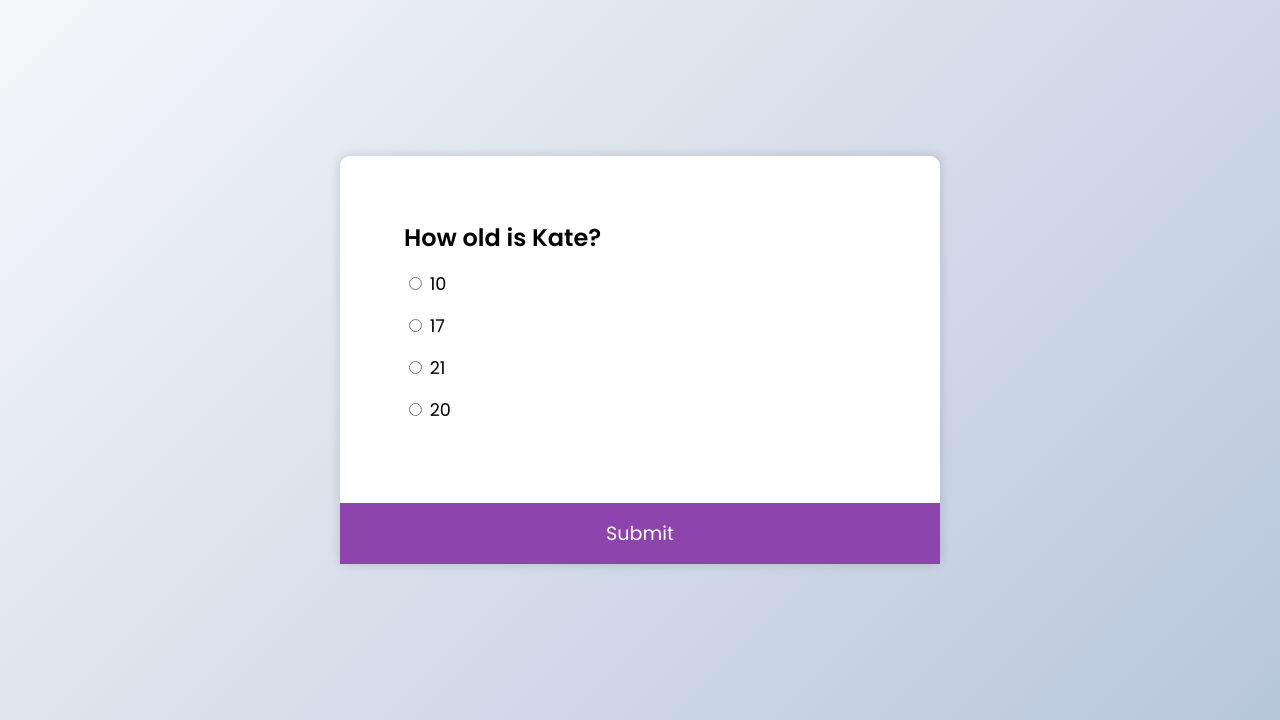
Repository: kate30980/projects-js-practice
Page: quiz-app/index.html
An editor plug-in stored every save of this project. The page is shown before and after the next save, followed by the edit.
The browser window is 1280 px wide. The pictures show the whole page.

Above is the page before, as saved 2021-09-05 22:47:31.

After the next save:
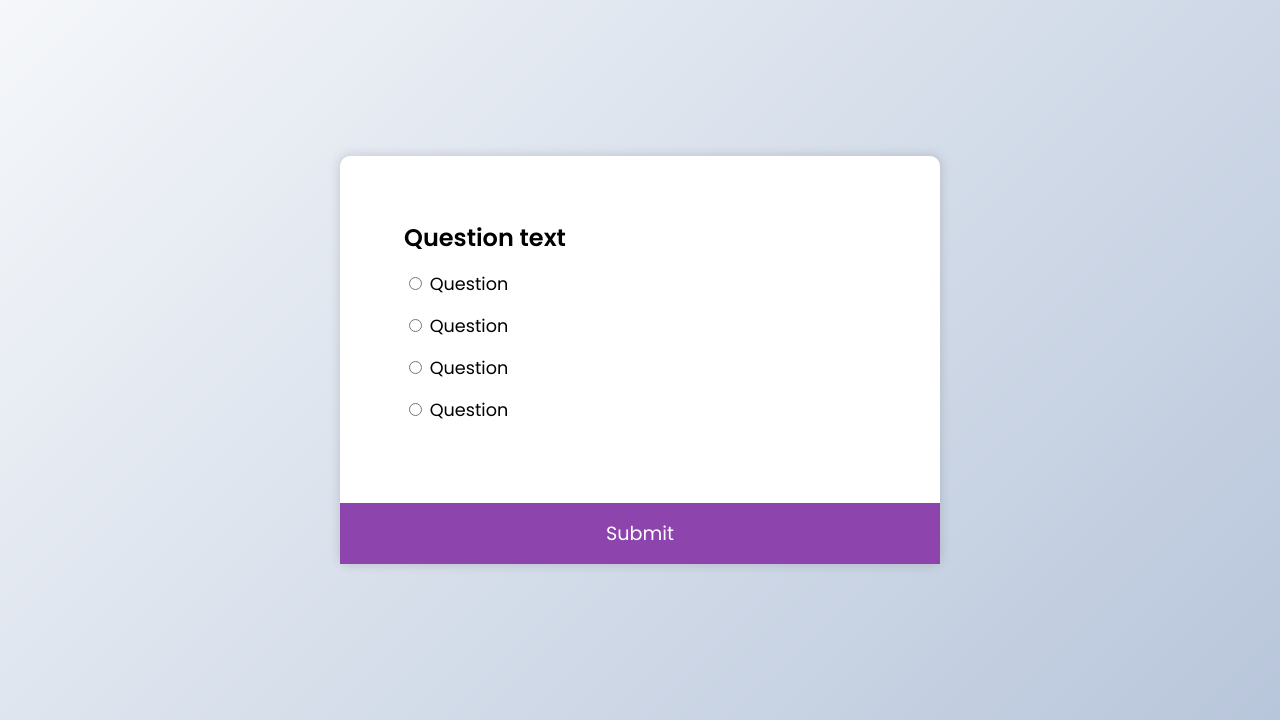
Console error: SyntaxError: Identifier 'answer' has already been declared
Saved 43 s later.
--- a/quiz-app/script.js
+++ b/quiz-app/script.js
@@ -75,7 +75,12 @@
 }
 
 submitBtn.addEventListener("click", () => {
-  currentQuiz++;
+  // check to see the answer
+  const answer = getSelected();
+
+  if (answer) {
+    currentQuiz++;
+  }
 
   const answer = getSelected();
 

After the save that followed:
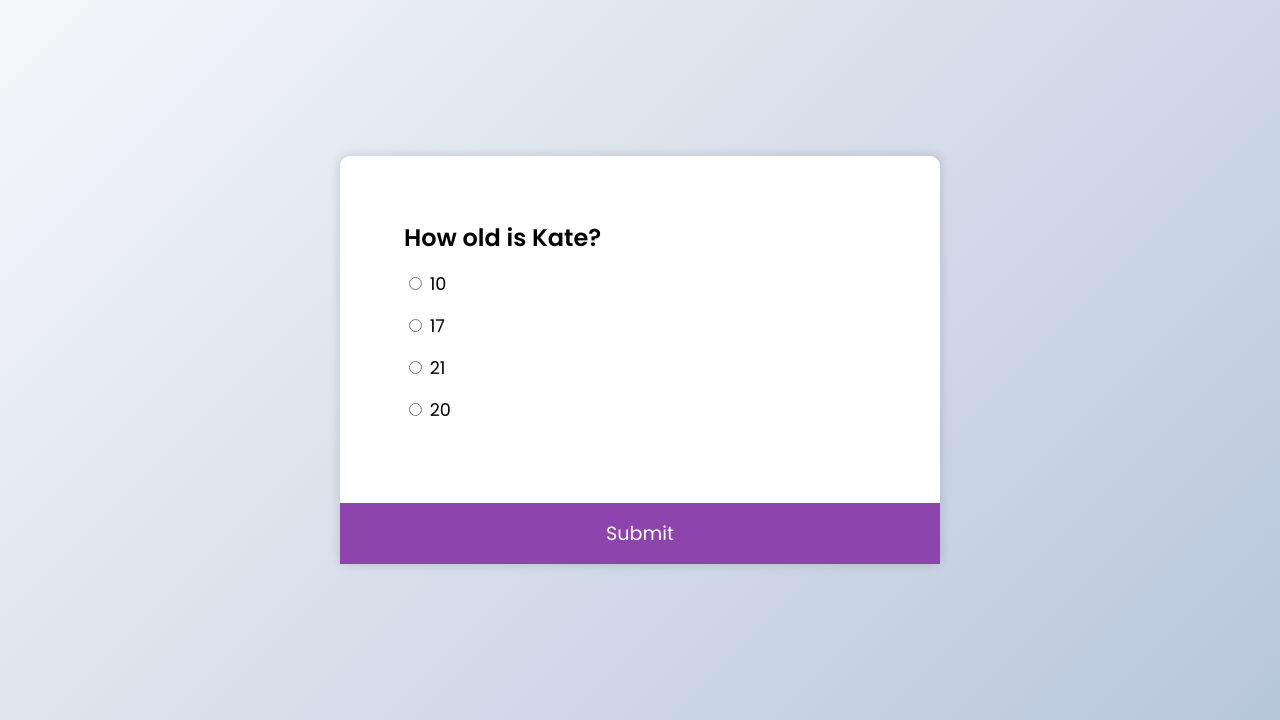
The error is gone.
Saved 5 s later.
--- a/quiz-app/script.js
+++ b/quiz-app/script.js
@@ -82,8 +82,6 @@
     currentQuiz++;
   }
 
-  const answer = getSelected();
-
   if (answer) {
     if (currentQuiz < quizData.length) {
       loadQuiz();
